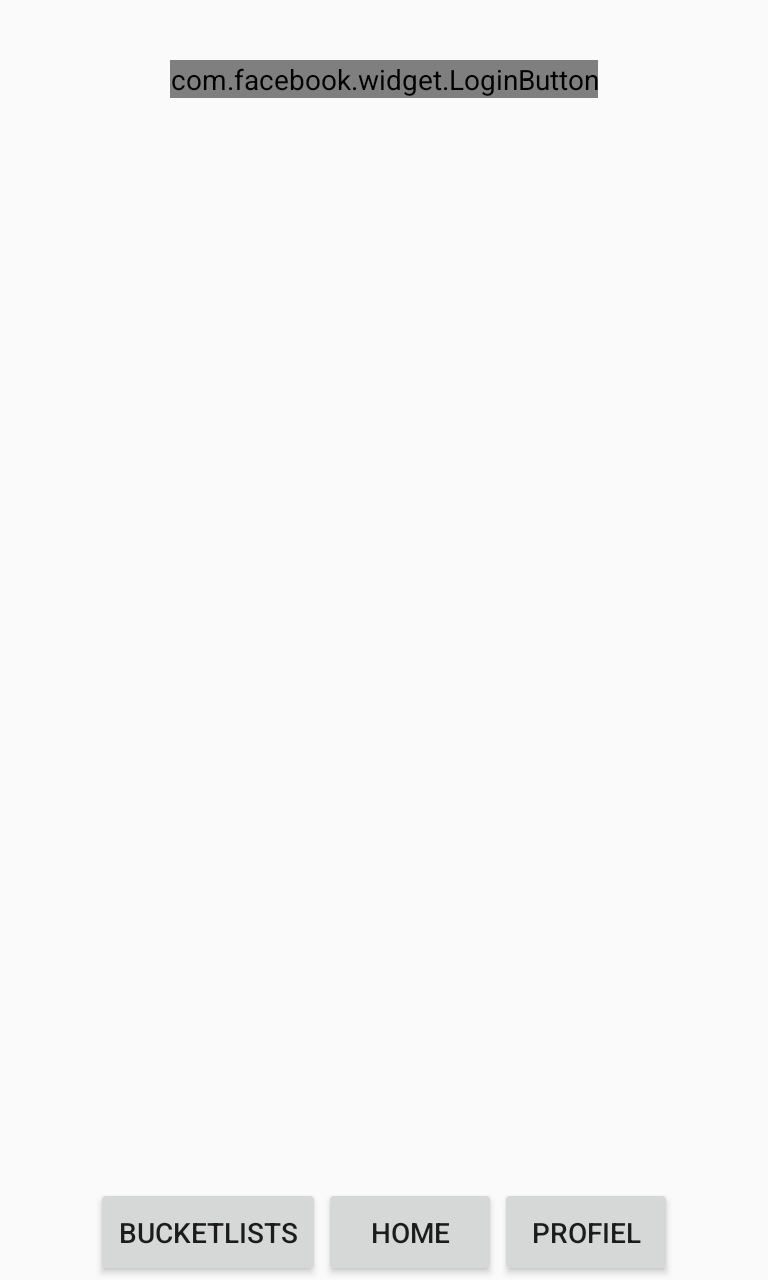
Repository: MarcSelles/BeatYourBucketAndroid
Layout: The_app/BeatYourBucket/res/layout/activity_main.xml
The author's editor kept a copy of each file at every save. The layout is drawn from the files as they stood at one save, then again after the next save.
Pictures or frames that could not be fetched are drawn as grey boxes. It is drawn on a 768 x 1280 px phone screen (xhdpi) without system bars, with theme AppTheme; the app's code is not run.

Above is the layout before, as saved 2015-01-21 09:10:06.

After the next save:
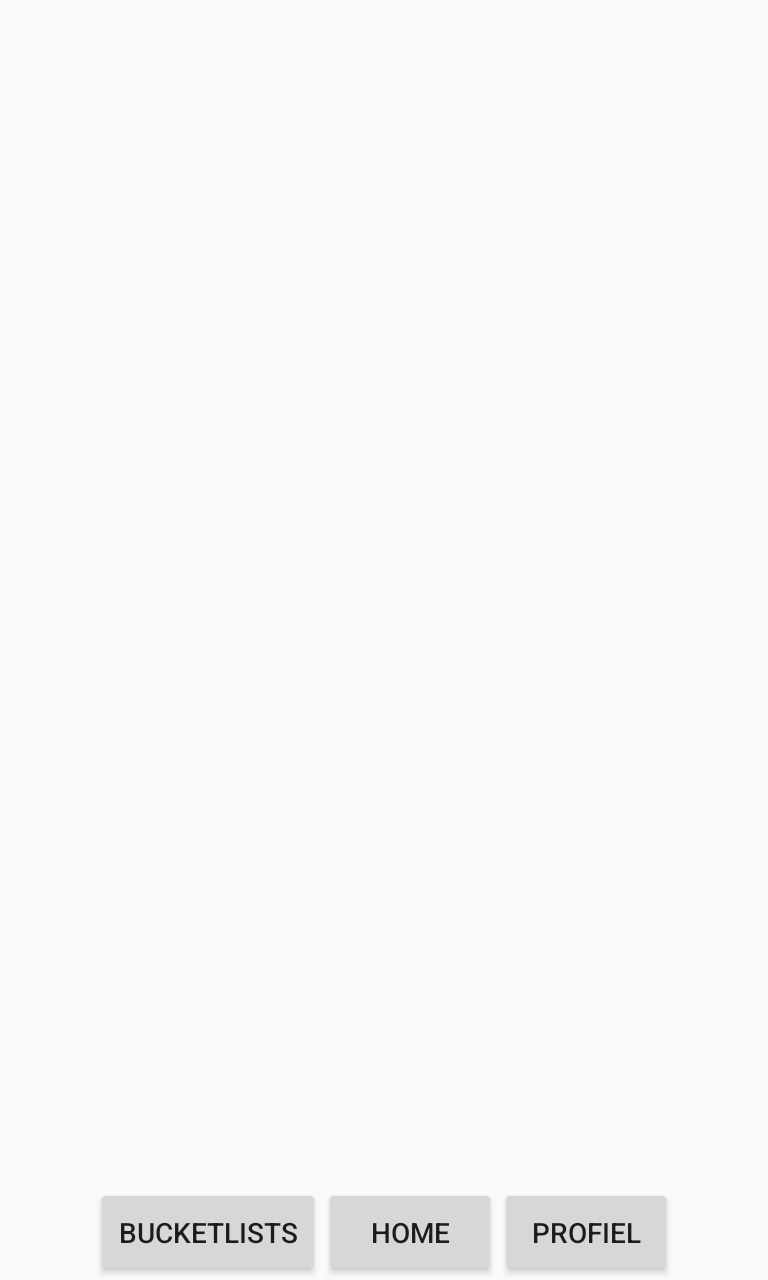
Saved 19 min 43 s later.
--- a/The_app/BeatYourBucket/res/layout/activity_main.xml
+++ b/The_app/BeatYourBucket/res/layout/activity_main.xml
@@ -10,15 +10,6 @@
         android:layout_above="@+id/tab_under"
         android:layout_alignParentTop="true"
         android:orientation="vertical" >
-
-        <com.facebook.widget.LoginButton
-        android:id="@+id/authButton"
-        android:layout_width="wrap_content"
-        android:layout_height="wrap_content"
-        android:layout_gravity="center_horizontal"
-        android:layout_marginTop="30dp"
-        />
-
     </LinearLayout>
 
     <LinearLayout
